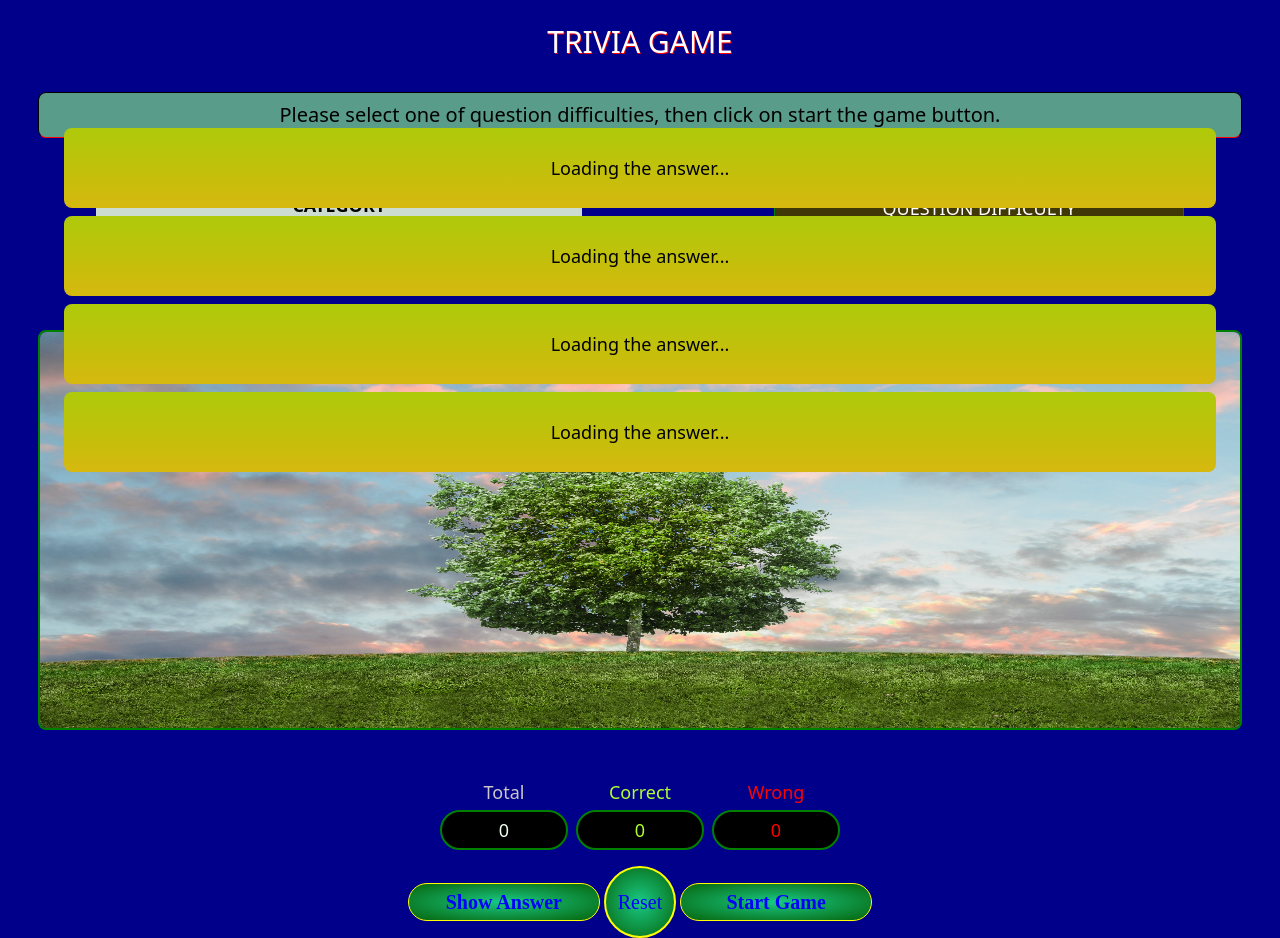
Repository: ShindanoSingi/bembe-trivia
Page: index.html
These files come from the project's save history. The page is drawn as it stood at one moment and after the next save; the edit follows.
The browser window is 1280 px wide. The pictures show the whole page.
Some web libraries are served in a nearby version.

Above is the page before, as saved 2022-09-08 02:16:30.

### index.html
<!DOCTYPE html>
<html lang="en">

    <head>
        <meta charset="UTF-8">
        <meta http-equiv="X-UA-Compatible" content="IE=edge">
        <meta name="viewport" content="width=device-width, initial-scale=1.0">
        <link rel="stylesheet" href="style.css">
        <script src="https://cdn.tailwindcss.com"></script>
        <title>Trivia Game</title>
    </head>

    <body class="">
        <div class="containerBox max-h-[100vh] my-2 flex my-2 flex-col gap-[3rem]">
            <h1 class="text-center text-3xl relative top-4" >TRIVIA GAME</h1>
            <div class="questionBox text-center w-[94vw] md:text-xl h-[6.5rem] p-2 md:p-2 mx-auto rounded-lg">
                Please select one of question difficulties, then click on start the game button.
            </div>
            <div class="category-and-difficulty-container items-center justify-around flex">
                <div class="category-container w-[38vw] md:h-[6rem] h-[4.5rem] bg-[#CDDCD1] flex items-center flex-col py-[0.3rem] rounded-lg">
                    <div class="labelCategory text-sm md:text-lg font-bold md:font-bold text-black">CATEGORY</div>
                    <div class="category text-sm md:text-lg text-center p-1 rounded-lg">
                        Loading category...
                    </div>
                </div>
                <div class="qDifficultyBox w-[50vw] xl:w-[32vw] pb-1 rounded-lg items-center flex h-[4.5rem] md:h-[6rem] justify-around flex-col">
                        <div id="question" class="qCat md:text-lg text-sm">QUESTION DIFFICULTY</div>
                        <div class="difficulties-container lg:gap-10 xl:gap-10 md:flex md:space-x-6 flex gap-1">
                            <button class="difficulty px-1.5 md:w-[6rem] text-sm md:text-lg rounded-full" id="easy">Easy</button>
                            <button class="difficulty md:w-[6rem] px-1.5 rounded-full md:text-lg text-sm" id="medium">Medium</button>
                            <button class="difficulty md:w-[6rem] px-1.5 text-sm md:text-lg rounded-full" id="hard">Hard</button>
                    </div>
                </div>
            </div>
            <div class="imgAndQuestions">
                <img class="w-[94vw] h-[25rem] mx-auto" src="pexels-skitterphoto-9198.jpg" alt="nature image">
                <div class="answersButtons absolute md:absolute md:bottom-[15.5rem] bottom-[17.2rem] ml-[5vw] flex space-y-2 items-center  flex-col">
                    <button class="showAnswer md:text-lg w-[90vw] p-1 absolute bottom-[17rem] mx-auto text-sm h-[5rem]">Loading the answer...</button>
                    <button class="response md:text-lg w-[90vw] p-1 text-center text-md h-[5rem]" id="response1">Loading the answer...</button>
                    <button class="response md:text-lg w-[90vw] p-1 text-md h-[5rem]" id="response2">Loading the answer...</button>
                    <button class="response md:text-lg w-[90vw] p-1 text-md h-[5rem]" id="response3">Loading the answer...</button>
                    <button class="response md:text-lg w-[90vw] p-1 text-md h-[5rem]" id="response4">Loading the answer...</button>
                    </div>
                </div>

            <div id="bottomPart" class="flex  mx-auto flex-col items-center gap-4">
                <div class="labelsAndButtons relative left-1 flex space-x-2">
                    <div class="question-number flex flex-col items-center">
                        <p class="labels md:text-lg pb-1" id="labelQ">Total</p>
                        <div class="bottombuttons md:w-[8rem] md:text-lg w-[5rem] text-center py-1" id="questionNumber">0</div>
                    </div>
                    <div class="correct-answers md:text-lg flex flex-col items-center">
                        <p class="labels pb-1" id="labelC">Correct</p>
                        <div class="bottombuttons md:text-lg w-[5rem] md:w-[8rem] text-center py-1" id="correct">0</div>
                    </div>
                    <div class="wrong-answers md:text-lg flex flex-col items-center">
                        <p class="labels pb-1" id="labelW">Wrong</p>
                        <div class="bottombuttons md:w-[8rem] md:text-lg w-[5rem] text-center py-1" id="wrong">0</div>
                    </div>
                    <div class="timerQuestionCorrectWrong"></div>
                </div>
                <div class="threeBottomButtons">
                    <button class="w-[8rem] text-lg md:text-xl md:w-48 py-1" id="showAnswer">Show Answer</button>
                    <button class="reset text-lg p-1 md:w-[4.5rem] md:text-xl md:h-[4.5rem] w-[3.5rem] h-[3.5rem] rounded-full">Reset</button>
                    <button class="startGame text-lg w-[8rem] md:text-xl md:w-48 py-1">Start Game</button>
                </div>
            </div>
            </div>
        <script src="./script.js"></script>
    </body>
</html>

### style.css
/* @media screen and (min-width: 1024px) {
    .difficulties-container{
       display: flex;
       align-items: space-around;
    }
} */

/* iPhone 8 and smaller */
@media screen and (min-width: 320px) {
    /*  Set h1 text to red */
    h1 {
        color: #fff;
        text-shadow: 0.05rem 0.05rem red;
    }

    /* The box containing the question */
    .questionBox {
        color: rgb(0, 0, 0);
        border: 0.02rem solid;
        background-color: rgb(89, 156, 138);
        border-bottom-color: red;
    }

    /* Label for category */
    .labelCategory {
        color: white;
    }

    /* The show answer message box */
    .showAnswer {
        color: honeydew;
        visibility: hidden;
        border: 0.1rem solid green;
        border-radius: 0.5rem;
        background-color:rgb(2, 27, 3);
    }
    /*  Individual difficulty button */
    .difficulty {
        background-image: linear-gradient(rgb(16, 221, 142), rgb(4, 58, 7));
        border: 0.2rem solid rgb(21, 139, 35);
        color: white;
    }

    /*  Class containing all difficulty buttons */
    .difficulties-container {
        border-color: green;
    }
    /* The box containing difficulty buttons */
    .qDifficultyBox {
        border: 0.14vh solid green;
        background-color: rgb(65, 56, 8);
        color: white;
    }

    /* image */
    img {
        border: 0.15rem solid green;
        border-radius: 0.5rem;
    }
    /* all response buttons */
    .response {
        border-color: green;
        background-image: linear-gradient(rgb(173, 202, 9), rgb(214, 184, 14));
        color: black;
        border-radius: 0.5rem;
    }
    /* All response buttons */
    .response:hover {
        background-image: linear-gradient(rgb(32, 90, 165), rgb(72, 168, 192));
    }

    /* Show answer button */
    #showAnswer {
        color: blue;
        border: 0.54vh solid green;
        border: 0.27vh solid yellow;
        border-radius: 20rem;
        font-family: cursive;
        font-weight: bold;
        background-image: radial-gradient(rgb(25, 201, 133), rgb(6, 99, 10));
    }
    #showAnswer:hover {
        background-image: radial-gradient(rgb(201, 25, 25), rgb(93, 99, 6));
        color: white;
    }
    /* Start game button */
    .startGame {
        color: blue;
        border: 0.54vh solid green;
        border: 0.27vh solid yellow;
        border-radius: 20rem;
        font-family: cursive;
        font-weight: bold;
        background-image: radial-gradient(rgb(25, 201, 133), rgb(6, 99, 10));
    }
    /* Start game button */
    .startGame:hover {
        background-image: radial-gradient(rgb(201, 25, 25), rgb(93, 99, 6));
        color: white;
    }
    /* Reset button */
    .reset {
        color: blue;
        border: 0.5rem solid green;
        border: 0.15rem solid yellow;
        font-family: cursive;
        background-image: radial-gradient(rgb(25, 201, 133), rgb(6, 99, 10));
    }
    /* Reset button */
    .reset:hover {
        background-image: radial-gradient(rgb(201, 25, 25), rgb(93, 99, 6));
        color: white;
    }

    /* Class containing the 3 bottom labels  (total questions, correct answers and wrong answers) */
    .question-number {
        color: rgb(205, 200, 200);
    }

    .correct-answers {
        color: greenyellow;
    }

    .wrong-answers {
        color: red;
    }

    /* The bottom boxes for total question number, correct answers and wrong answers */
    .bottombuttons {
        border: 0.15rem solid green;
        background-color: black;
        color: honeydew;
        border-radius: 2rem;
    }

    /* Set the wrong anser to red */
    #wrong {
        color: rgb(255, 0, 0);
    }
    /* Set the correct anser to green */
    #correct {
        color: greenyellow;
    }

    /* Change the color when "easy" button is hovered over */
    #easy:hover {
        background-image: linear-gradient(rgb(202, 9, 9), rgb(214, 184, 14));
    }
    /* Change the color when "easy" button is hovered over */
    #medium:hover {
        background-image: linear-gradient(rgb(202, 9, 9), rgb(214, 184, 14));
    }
    /* Change the color when "easy" button is hovered over */
    #hard:hover {
        background-image: linear-gradient(rgb(202, 9, 9), rgb(214, 184, 14));
    }

    body {
      background-color: darkblue;
    }
}

Loaded but not shown: script.js (421 lines, source omitted)

After the next save:
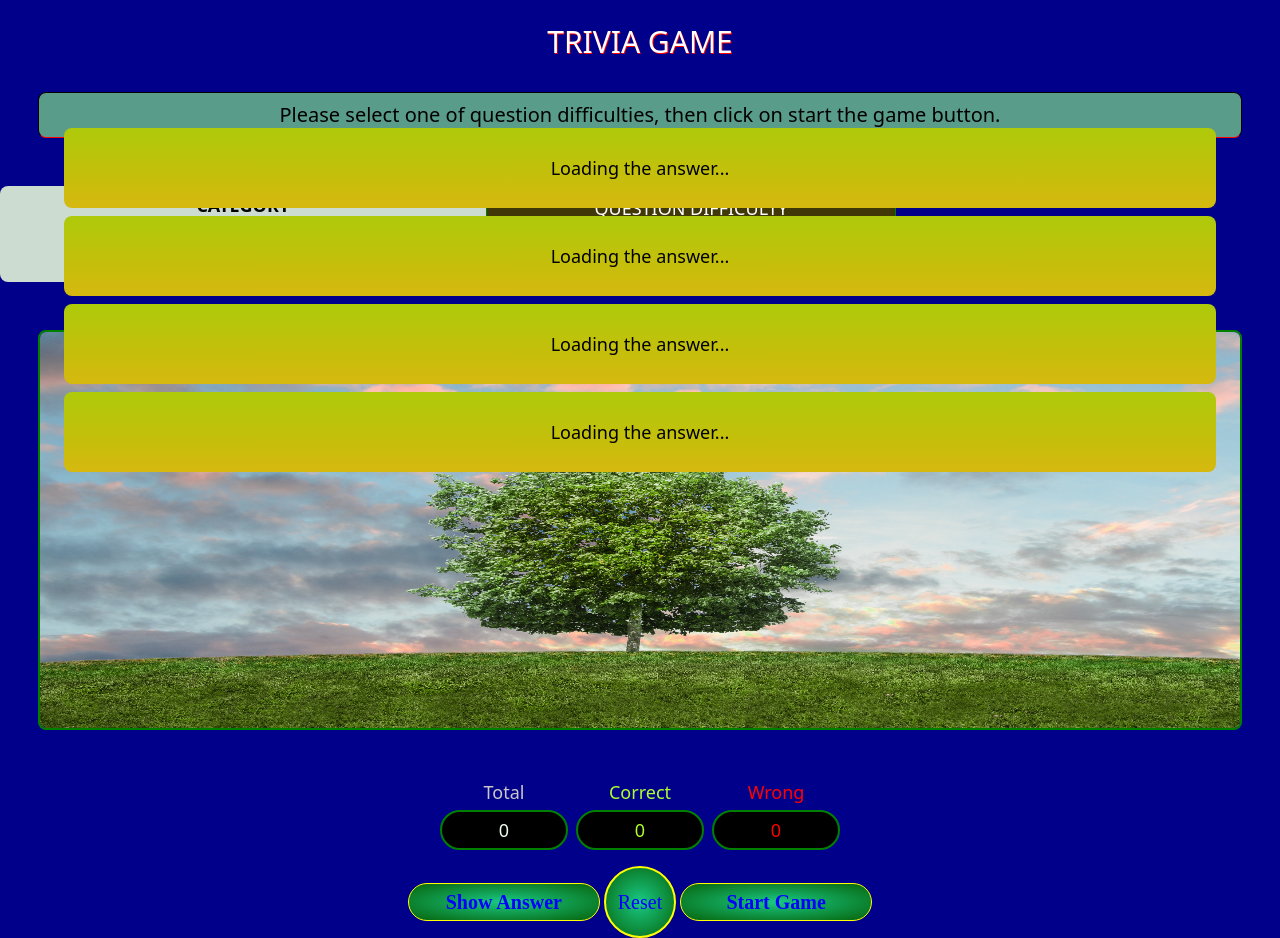
Saved 30 s later.
--- a/index.html
+++ b/index.html
@@ -16,7 +16,7 @@
             <div class="questionBox text-center w-[94vw] md:text-xl h-[6.5rem] p-2 md:p-2 mx-auto rounded-lg">
                 Please select one of question difficulties, then click on start the game button.
             </div>
-            <div class="category-and-difficulty-container items-center justify-around flex">
+            <div class="category-and-difficulty-container items-center items-around flex">
                 <div class="category-container w-[38vw] md:h-[6rem] h-[4.5rem] bg-[#CDDCD1] flex items-center flex-col py-[0.3rem] rounded-lg">
                     <div class="labelCategory text-sm md:text-lg font-bold md:font-bold text-black">CATEGORY</div>
                     <div class="category text-sm md:text-lg text-center p-1 rounded-lg">

After the 3 saves that followed:
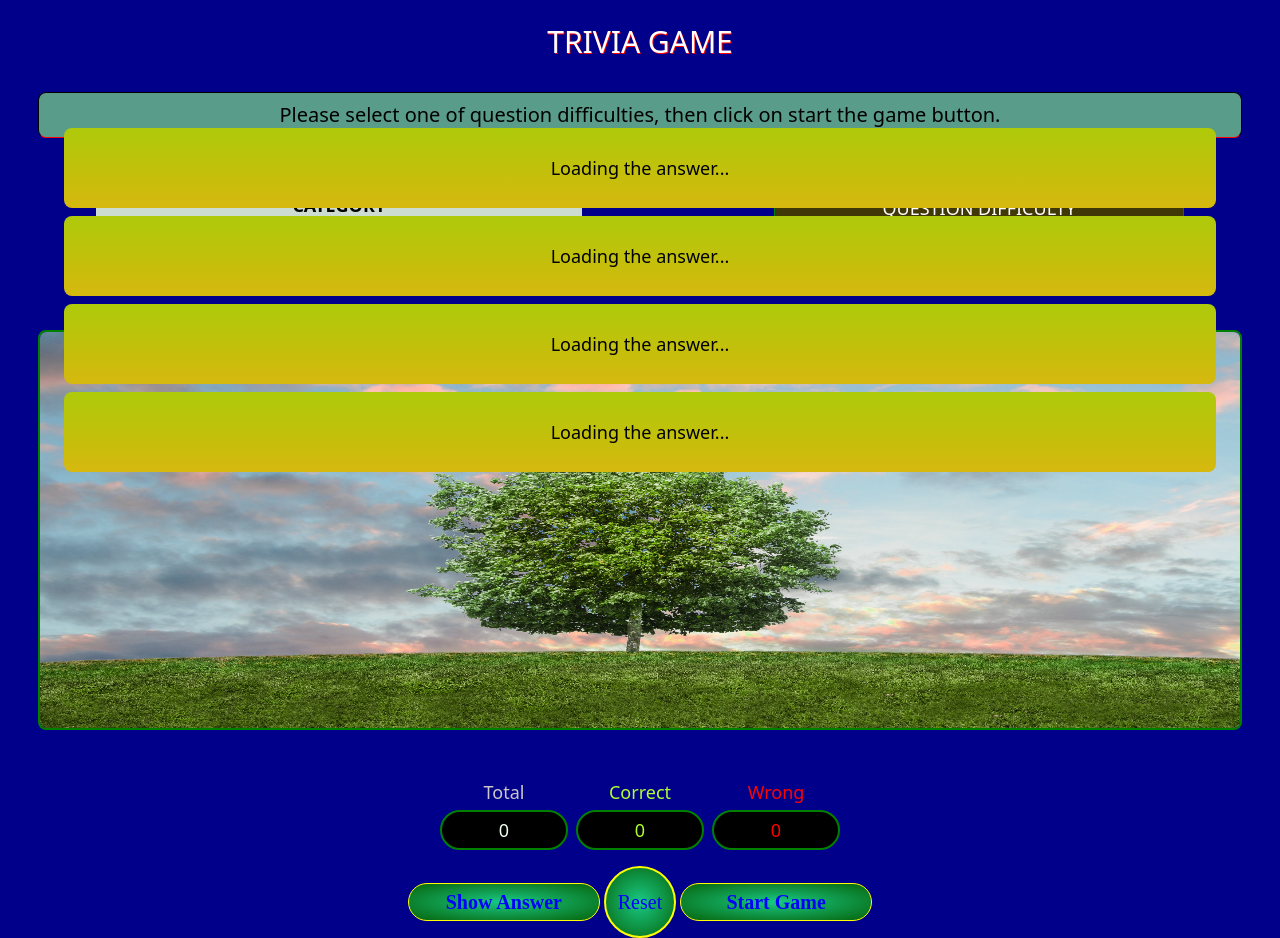
The 3 saves are shown as one change because 1 left the picture as it was and some came seconds apart.
The last was saved 24 s later.
--- a/index.html
+++ b/index.html
@@ -16,7 +16,7 @@
             <div class="questionBox text-center w-[94vw] md:text-xl h-[6.5rem] p-2 md:p-2 mx-auto rounded-lg">
                 Please select one of question difficulties, then click on start the game button.
             </div>
-            <div class="category-and-difficulty-container items-center items-around flex">
+            <div class="category-and-difficulty-container items-center justify-around flex">
                 <div class="category-container w-[38vw] md:h-[6rem] h-[4.5rem] bg-[#CDDCD1] flex items-center flex-col py-[0.3rem] rounded-lg">
                     <div class="labelCategory text-sm md:text-lg font-bold md:font-bold text-black">CATEGORY</div>
                     <div class="category text-sm md:text-lg text-center p-1 rounded-lg">
